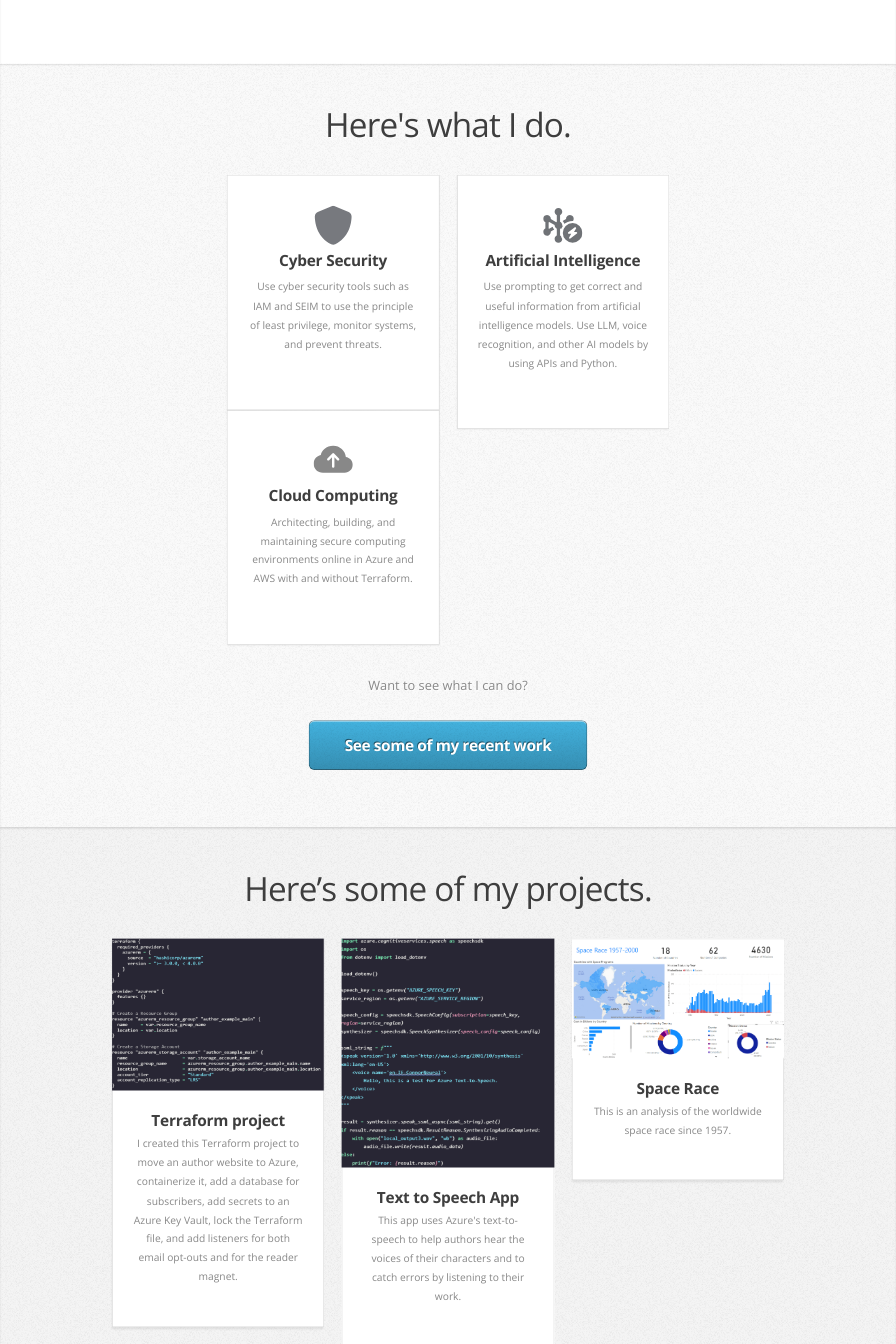
Repository: lauralstephenson/Portfolio_Personal
Page: index.html
An editor plug-in stored every save of this project. The page is shown before and after a run of saves, followed by the edit.
The browser window is 1280 px wide. The pictures show the part of the page from y = 547 to 2467 px (the page is 4310 px tall before and 4510 px after), at 70% of full size.

Above is the page before, as saved 2026-04-21 14:11:54.

After the next 2 saves:
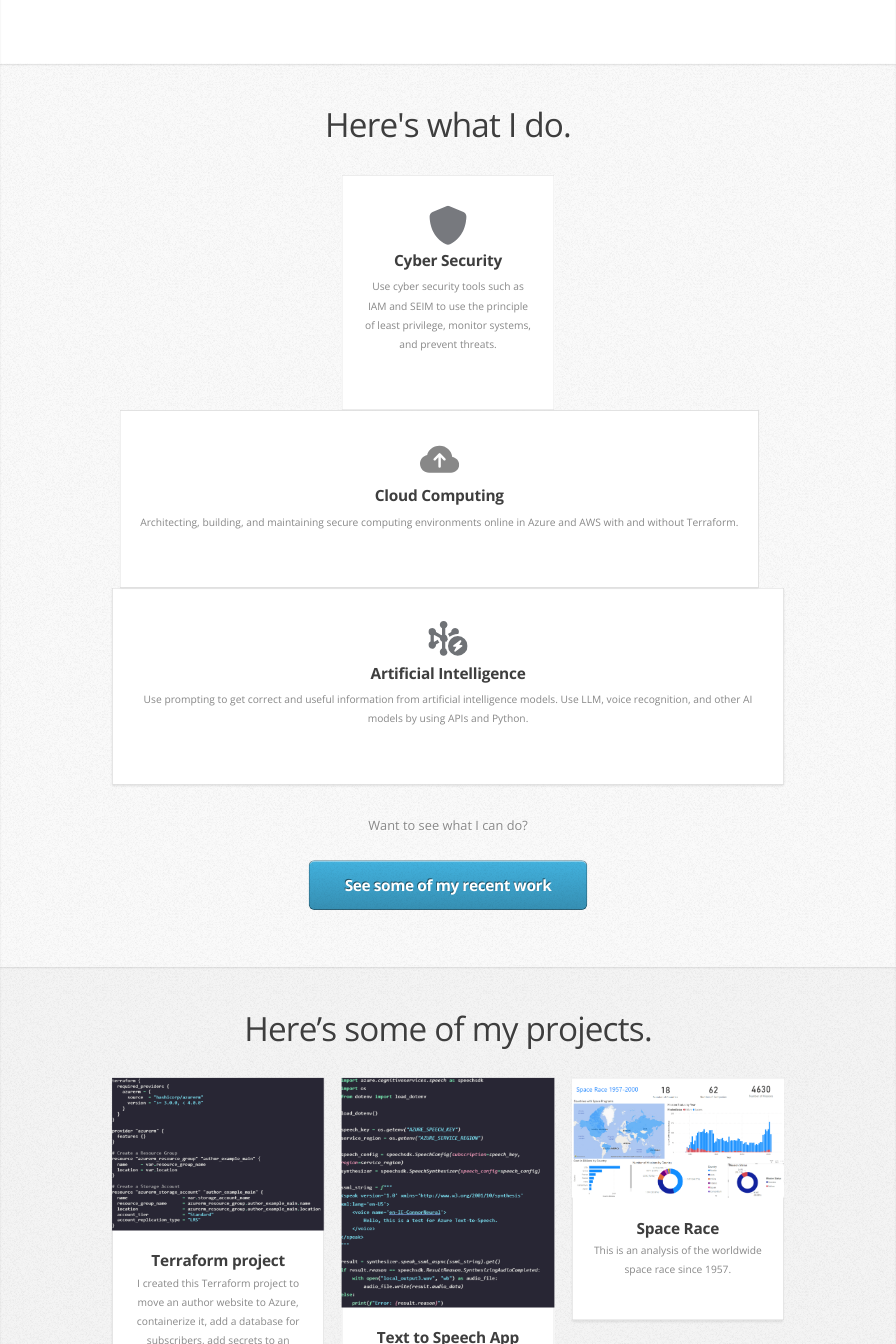
The 2 saves are shown as one change because they came seconds apart.
The last was saved 7 min 55 s later.
--- a/index.html
+++ b/index.html
@@ -53,7 +53,6 @@
 					</header>
 					<div class="row aln-center equal-height">
 						<div class="col-4 col-6-medium col-12-small">
-							<div class="col-4 col-6-medium col-12-small">
 							<section class="box style1">
 								<div class="box-content">
 									<svg xmlns="http://www.w3.org/2000/svg" height="56" width="56" viewBox="0 0 512 512">
